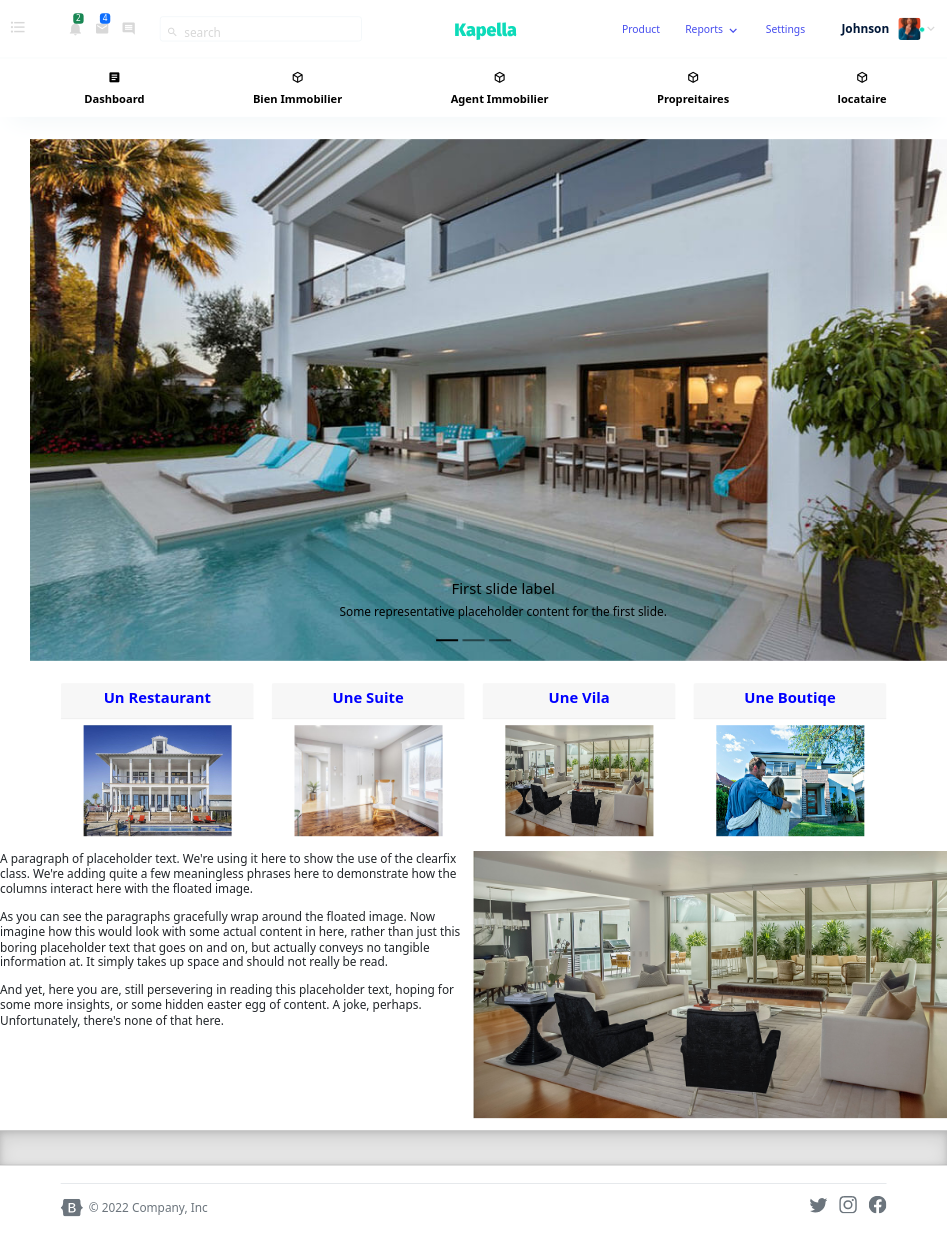
Repository: dimitri0004/Bien
Page: templates/dashbord/index.html.twig
The author's editor kept a copy of each file at every save. The page is drawn from the files as they stood at one save, then again after the next save.
The browser window is 1280 px wide. The pictures show the whole page, at 74% of full size.
The page is a Twig template of a Symfony application; nobody is signed in and links lead nowhere. The template is opened directly, without the code that normally fills it, so the values that code supplies are empty.

Above is the page before, as saved 2023-04-05 01:50:20.
Console error: TypeError: Cannot read properties of null (reading 'addEventListener')

After the next save:
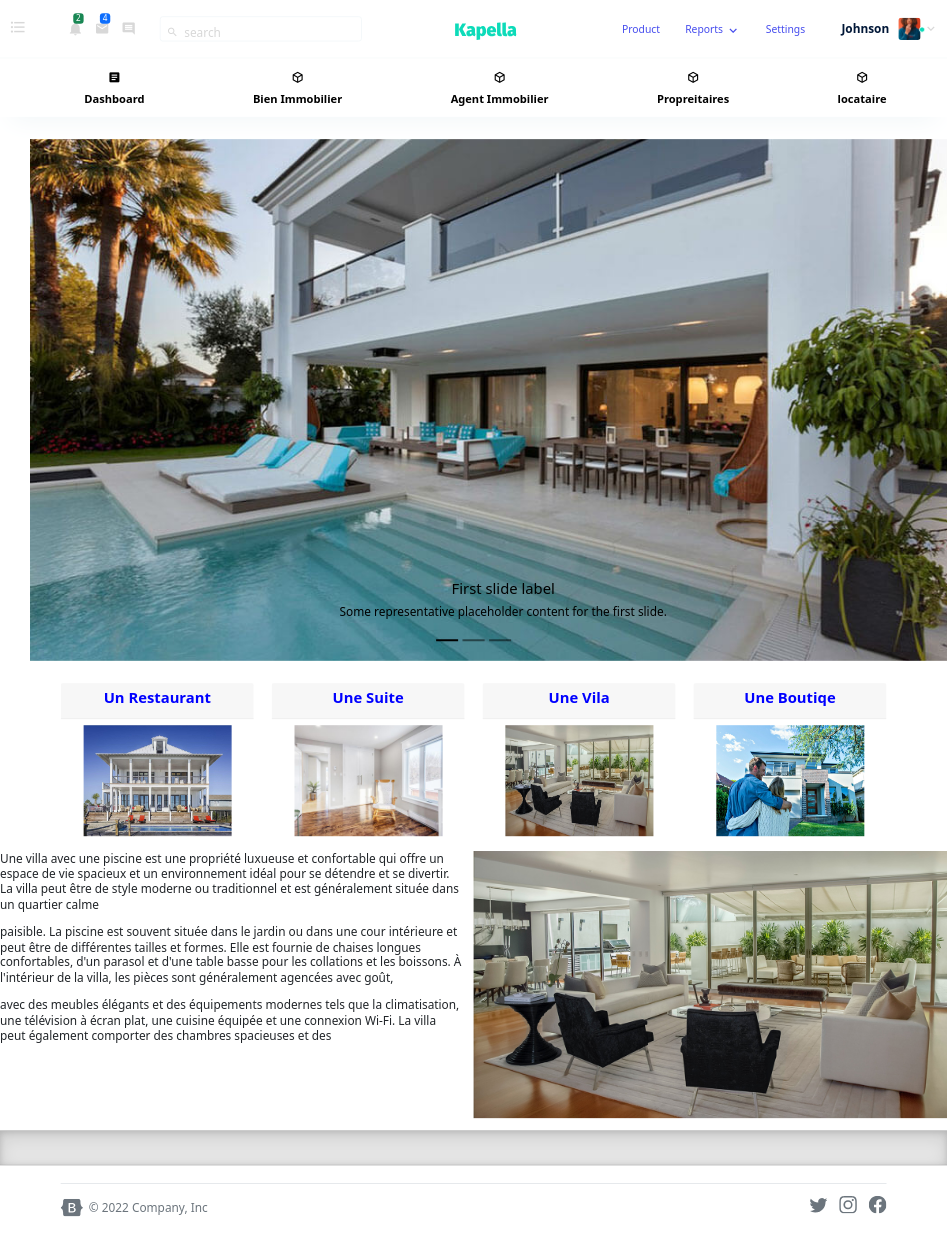
Saved 4 min 18 s later.
--- a/templates/dashbord/index.html.twig
+++ b/templates/dashbord/index.html.twig
@@ -76,15 +76,15 @@
         <img src="{{ asset('uploads/img7.jpg') }}" class="col-md-6 float-md-end mb-3 ms-md-3" alt="...">
 
         <p>
-          A paragraph of placeholder text. We're using it here to show the use of the clearfix class. We're adding quite a few meaningless phrases here to demonstrate how the columns interact here with the floated image.
+            Une villa avec une piscine est une propriété luxueuse et confortable qui offre un espace de vie spacieux et un environnement idéal pour se détendre et se divertir. La villa peut être de style moderne ou traditionnel et est généralement située dans un quartier calme
         </p>
 
         <p>
-          As you can see the paragraphs gracefully wrap around the floated image. Now imagine how this would look with some actual content in here, rather than just this boring placeholder text that goes on and on, but actually conveys no tangible information at. It simply takes up space and should not really be read.
+            paisible. La piscine est souvent située dans le jardin ou dans une cour intérieure et peut être de différentes tailles et formes. Elle est fournie de chaises longues confortables, d'un parasol et d'une table basse pour les collations et les boissons. À l'intérieur de la villa, les pièces sont généralement agencées avec goût,
         </p>
 
         <p>
-          And yet, here you are, still persevering in reading this placeholder text, hoping for some more insights, or some hidden easter egg of content. A joke, perhaps. Unfortunately, there's none of that here.
+             avec des meubles élégants et des équipements modernes tels que la climatisation, une télévision à écran plat, une cuisine équipée et une connexion Wi-Fi. La villa peut également comporter des chambres spacieuses et des
         </p>
       </div>
 

After the save that followed:
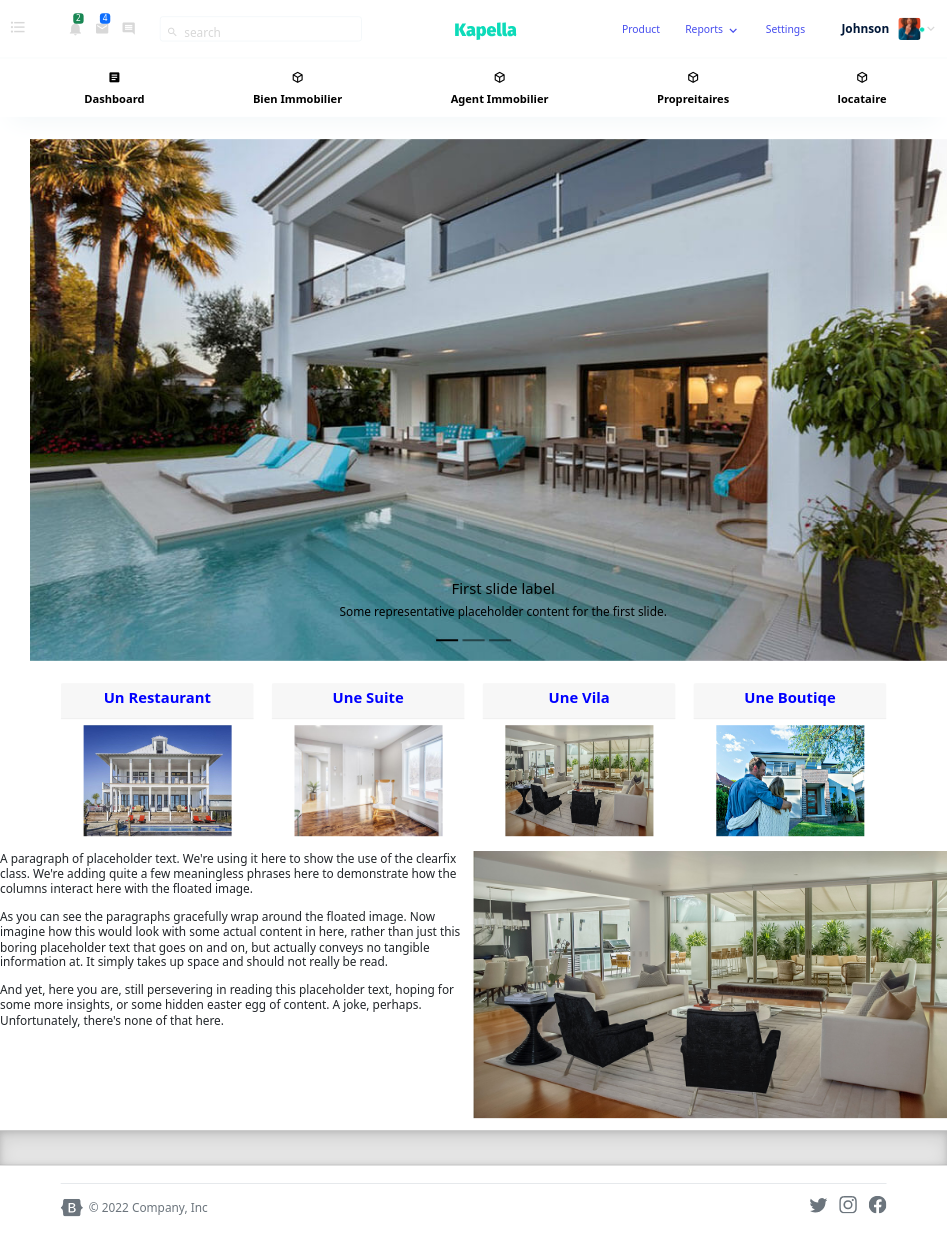
Saved 31 s later.
--- a/templates/dashbord/index.html.twig
+++ b/templates/dashbord/index.html.twig
@@ -76,15 +76,15 @@
         <img src="{{ asset('uploads/img7.jpg') }}" class="col-md-6 float-md-end mb-3 ms-md-3" alt="...">
 
         <p>
-            Une villa avec une piscine est une propriété luxueuse et confortable qui offre un espace de vie spacieux et un environnement idéal pour se détendre et se divertir. La villa peut être de style moderne ou traditionnel et est généralement située dans un quartier calme
+          A paragraph of placeholder text. We're using it here to show the use of the clearfix class. We're adding quite a few meaningless phrases here to demonstrate how the columns interact here with the floated image.
         </p>
 
         <p>
-            paisible. La piscine est souvent située dans le jardin ou dans une cour intérieure et peut être de différentes tailles et formes. Elle est fournie de chaises longues confortables, d'un parasol et d'une table basse pour les collations et les boissons. À l'intérieur de la villa, les pièces sont généralement agencées avec goût,
+          As you can see the paragraphs gracefully wrap around the floated image. Now imagine how this would look with some actual content in here, rather than just this boring placeholder text that goes on and on, but actually conveys no tangible information at. It simply takes up space and should not really be read.
         </p>
 
         <p>
-             avec des meubles élégants et des équipements modernes tels que la climatisation, une télévision à écran plat, une cuisine équipée et une connexion Wi-Fi. La villa peut également comporter des chambres spacieuses et des
+          And yet, here you are, still persevering in reading this placeholder text, hoping for some more insights, or some hidden easter egg of content. A joke, perhaps. Unfortunately, there's none of that here.
         </p>
       </div>
 
